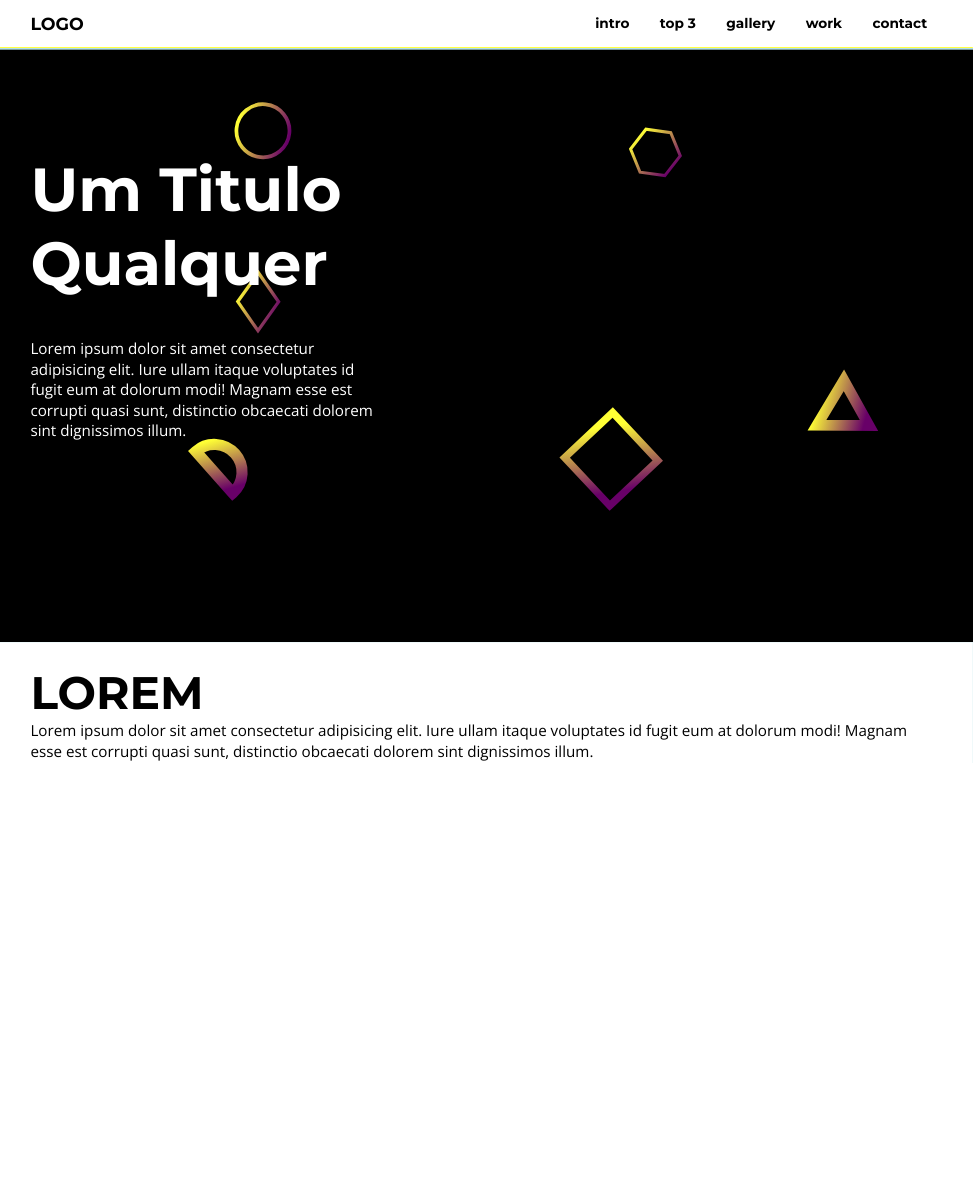
Repository: danilodscosta/CursoHTML
Page: aula1/index.html
These files come from the project's save history. The page is drawn as it stood at one moment and after the next save; the edit follows.
The browser window is 1280 px wide. The pictures show the whole page, at 76% of full size.

Above is the page before, as saved 2024-01-29 17:36:04.

### aula1/index.html
<!DOCTYPE html>
<html lang="pt-BR">

<head>
    <meta charset="utf-8">
    <meta name="viewport" content="width=device-width, inital-scale=1.0">
    <title>Landing Page</title>

    <link rel="stylesheet" href="assets/css/variables.css">
    <link rel="stylesheet" href="assets/css/elements.css">
    <link rel="stylesheet" href="assets/css/classes.css">
    <link rel="stylesheet" href="assets/css/menu.css">
    <link rel="stylesheet" href="assets/css/style.css">

    <link rel="preconnect" href="https://fonts.googleapis.com">
    <link rel="preconnect" href="https://fonts.gstatic.com" crossorigin>
    <link href="https://fonts.googleapis.com/css2?family=Montserrat:ital,wght@0,900;1,900&display=swap" rel="stylesheet">
    <link href="https://fonts.googleapis.com/css2?family=Montserrat:ital,wght@0,100..900;1,100..900&family=Open+Sans:ital,wght@0,300..800;1,300..800&display=swap" rel="stylesheet">

</head>



<body>
    <aside class="menu white-bg">
        <div class="main-content menu-content">
        <h1>
            <a href="#">LOGO</a>
        </h1>

            <nav>
                <ul>
                    <li><a href="#">intro</a></li>
                    <li><a href="#">top 3</a></li>
                    <li><a href="#">gallery</a></li>
                    <li><a href="#">work</a></li>
                    <li><a href="#">contact</a></li>
                </ul>
            </nav>
        </div>
    </aside>

    <div class="menu-spacing"></div>

    <section class="intro main-bg section">
        <div class="main-content intro-content">
            <div class="intro-text-content">
                <h2>Um Titulo Qualquer</h2>
                <p>Lorem ipsum dolor sit amet consectetur adipisicing elit. Iure ullam itaque voluptates id fugit eum at dolorum modi! Magnam esse est corrupti quasi sunt, distinctio obcaecati dolorem sint dignissimos illum.</p>
            </div>
        <div class="intro-img">
            INTRO IMG
        </div>
    </div>
    </section>

    <section class="white-bg section">
        <div class="main-content">
            <h1>Lorem</h1>
            <p>Lorem ipsum dolor sit amet consectetur adipisicing elit. Iure ullam itaque voluptates id fugit eum at dolorum modi! Magnam esse est corrupti quasi sunt, distinctio obcaecati dolorem sint dignissimos illum.</p>
        </div>
    </section>
</body>

</html>

### aula1/assets/css/variables.css
:root {
    --primary-color: #000000;
    --white-color: #fff;
    --light-gold-color: #ff0;
    --purple-color: #680068;
    --gap: 3rem;
}

### aula1/assets/css/elements.css

* {
    margin: 0;
    padding: 0;
}

html {
    font-size: 62.5%;
}

body {
    font-family: 'Open Sans', sans-serif;
    font-size: 2rem;
    color: var(--primary-color);
    background: powderblue;
}

h1, h2, h3, h4, h5, h6 {
    font-family: 'Montserrat', 'sans-serif';
}

h1 {
    font-size: 6rem;
    text-transform: uppercase;
}

h2 {
    font-size: 5.5rem;
}

h3 {
    font-size: 5rem;
}

h4 {
    font-size: 4.5rem;
}

h5 {
    font-size: 4rem;
}

h6 {
    font-size: 3.5rem;
}

### aula1/assets/css/classes.css
.main-bg {
    background-image: url('../img/main-bg.svg');
    background-size: cover;
    background-position: center center;
    color: var(--white-color);
}

.white-bg {
    background: var(--white-color);
}

.main-content {
    max-width: 120rem;
    margin: 0 auto;
    padding: var(--gap);
}

.section {
    min-height: 100vh;
}

.menu-spacing {
    height: 65px;
}

### aula1/assets/css/menu.css
.menu {
    position: fixed;
    top: 0;
    left: 0;
    right: 0;
    width: 100%;
    border-bottom: 0.1rem solid var(--light-gold-color);
}

.menu-content {
    display: flex;
    justify-content: space-between;
    align-items: center;
    padding-top: 0;
    padding-bottom: 0;
}

.menu ul {
    list-style: none;
    display: flex;
}

.menu h1 {
    font-size: 2.3rem;
    color: var(--primary-color);
}

.menu h1 a {
    color: inherit;
    text-decoration: none;
}

.menu ul li a {
    display: block;
    padding: 2rem;
    font-size: 1.8rem;
    font-family: 'Montserrat', 'sans-serif';
    color: var(--primary-color);
    font-weight: bold;
    text-decoration: none;
    position: relative;
}

.menu ul li a::after {
    content: '';
    position: absolute;
    bottom: 1rem;
    left: 50%;
    width: 0;
    height: 0.2rem;
    background: var(--purple-color);
    transition: all 300ms ease-in-out;
}

.menu ul li a:hover::after {
    width: 50%;
    left: 25%;
}

### aula1/assets/css/style.css
/*
ID Classes, atributos e pseudo-classes  Elementos e pseudo-elementos
*/

.intro-content {
    position: relative;
    top: -6.5rem;
    display: grid;
    grid-template-columns: 1fr 1.5fr;
    gap: var(--gap );
    height: 100vh;
}

.intro-text-content {
    display: flex;
    flex-flow: column wrap;
    justify-content: center;
}

.intro-text-content h2 {
    font-size: 8rem;
    margin-bottom: 5rem;
}

After the next save:
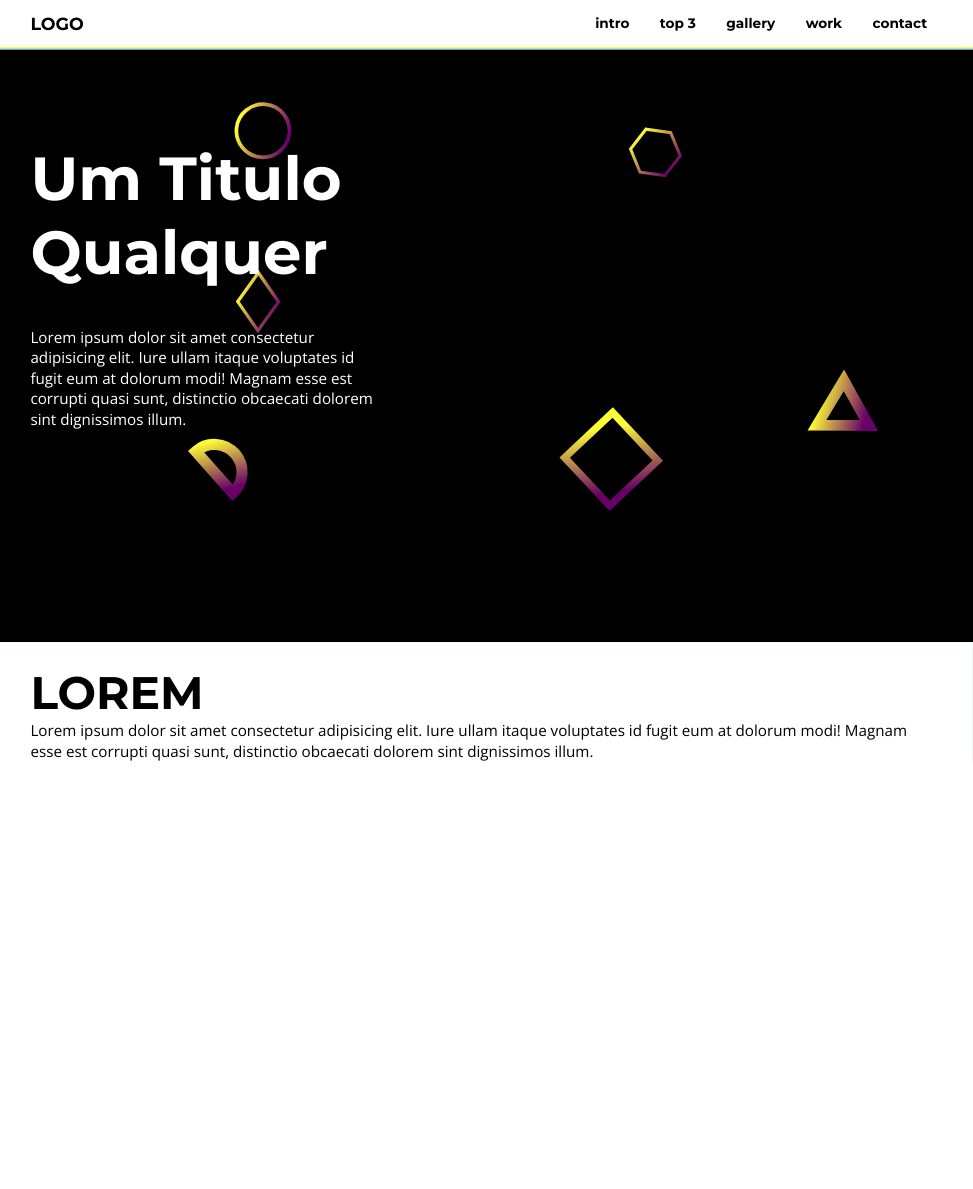
Saved 22 s later.
--- a/aula1/assets/css/style.css
+++ b/aula1/assets/css/style.css
@@ -4,7 +4,7 @@ ID Classes, atributos e pseudo-classes  Elementos e pseudo-elementos
 
 .intro-content {
     position: relative;
-    top: -6.5rem;
+    top: -8rem;
     display: grid;
     grid-template-columns: 1fr 1.5fr;
     gap: var(--gap );
